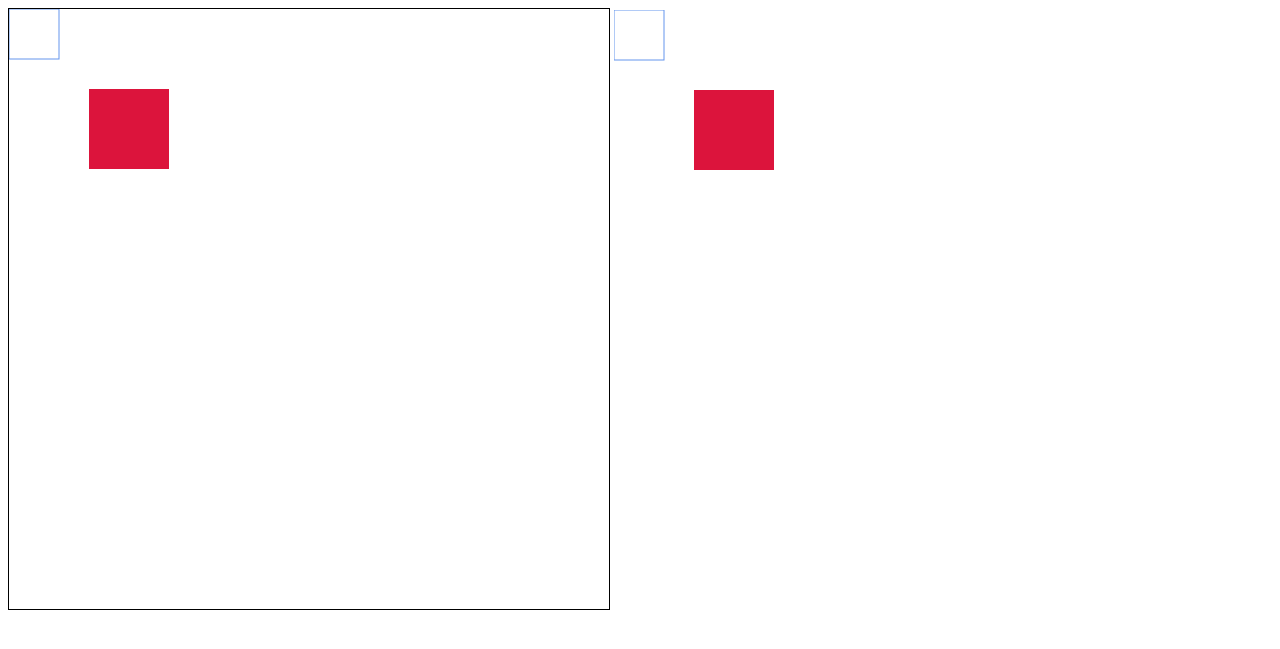
Repository: Jhin7782/HBuilder-Projects
Page: 【JS高程3】/15`使用Canvas绘图/15.1 基本用法/toDataURL.html
An editor plug-in stored every save of this project. The page is shown before and after the next save, followed by the edit.
The browser window is 1280 px wide. The pictures show the whole page.

Above is the page before, as saved 2017-06-10 14:57:03.

### 【JS高程3】/15`使用Canvas绘图/15.1 基本用法/toDataURL.html
<!DOCTYPE html>
<html>
	<head>
		<meta charset="UTF-8">
		<title></title>
		<style type="text/css">
			canvas {
				border: 1px solid ;
			}
		</style>
	</head>
	<body>
		<canvas id="drawing" width="600" height="600">A drawing of something.</canvas>

		<script type="text/javascript">
			var drawing = document.getElementById("drawing");
			if (drawing.getContext) {
				var context = drawing.getContext("2d");
				context.strokeStyle = "cornflowerblue";
				context.fillStyle = "crimson";
				context.strokeRect(0, 0, 50, 50);
				context.fillRect(80, 80, 80, 80);


				var imgURI = drawing.toDataURL("image/png");
				var image = document.createElement("img");
				image.src = imgURI;
				document.body.appendChild(image);
			}
		</script>
	</body>
</html>

After the next save:
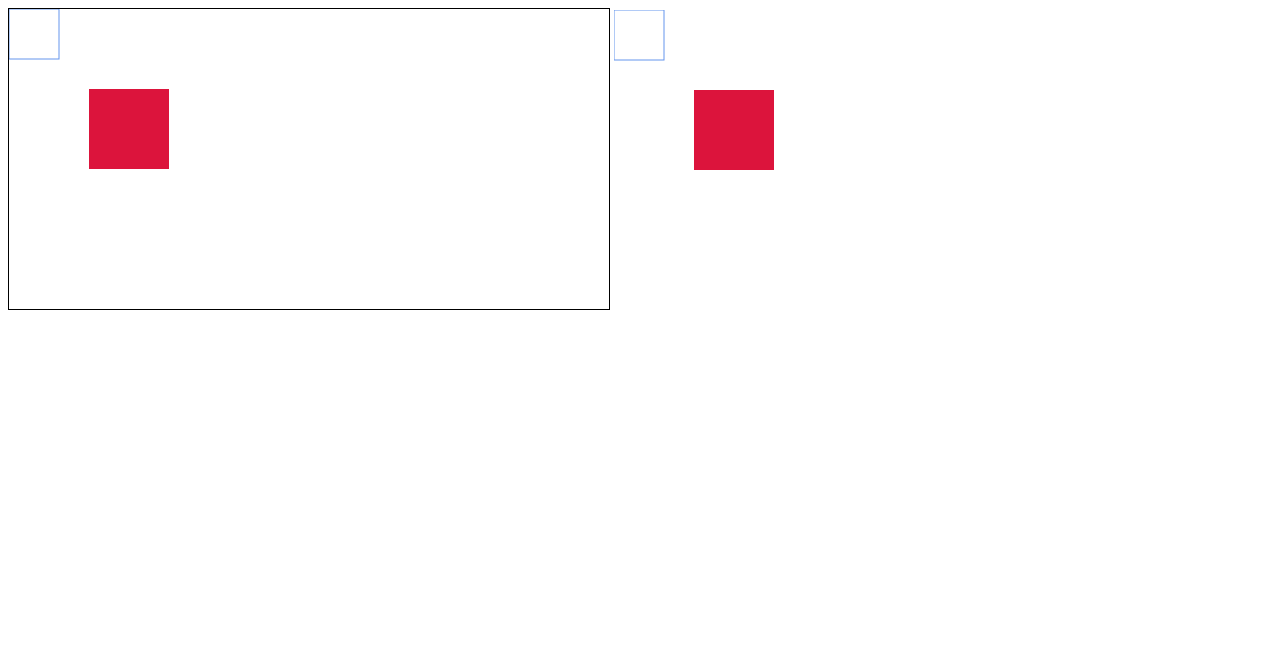
Saved 8 s later.
--- a/【JS高程3】/15`使用Canvas绘图/15.1 基本用法/toDataURL.html
+++ b/【JS高程3】/15`使用Canvas绘图/15.1 基本用法/toDataURL.html
@@ -10,7 +10,7 @@
 		</style>
 	</head>
 	<body>
-		<canvas id="drawing" width="600" height="600">A drawing of something.</canvas>
+		<canvas id="drawing" width="600" height="300">A drawing of something.</canvas>
 
 		<script type="text/javascript">
 			var drawing = document.getElementById("drawing");
